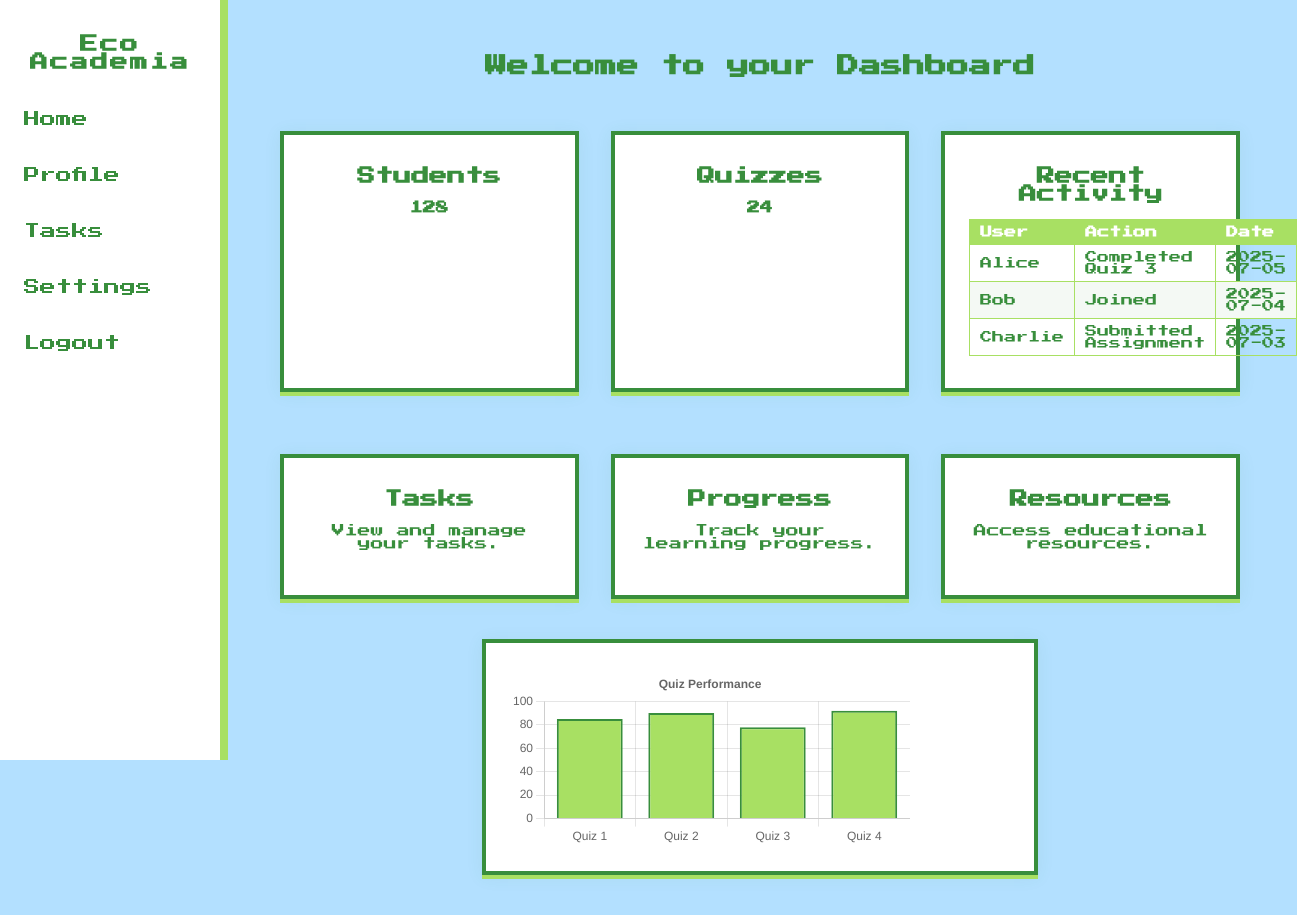
Repository: hotaruhshs/eco-academia
Page: admin/dashboard.html
An editor plug-in stored every save of this project. The page is shown before and after the next save, followed by the edit.
The browser window is 1280 px wide. The page is 1297 px wide, so the pictures cover 1297 px, including what lies to the right of the window. The pictures show the whole page.

Above is the page before, as saved 2025-07-06 01:48:20.

After the next save:
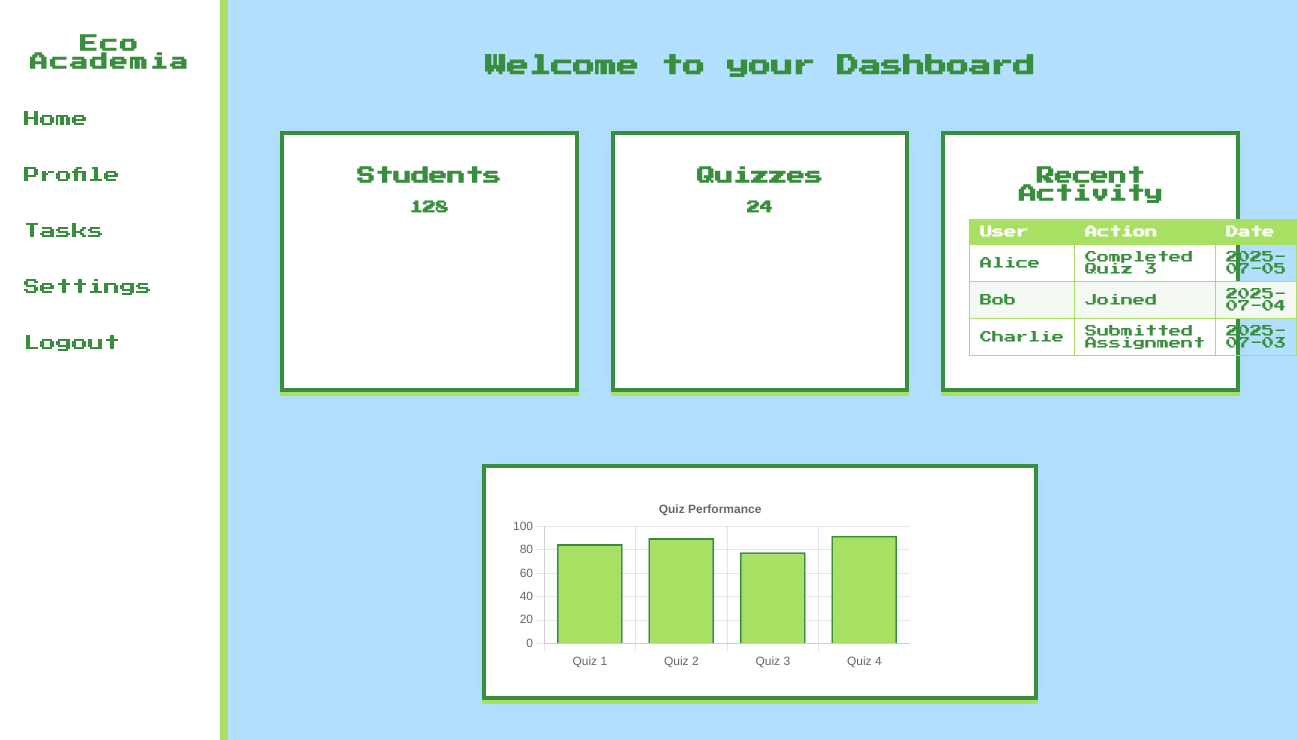
Saved 69 s later.
--- a/admin/dashboard.html
+++ b/admin/dashboard.html
@@ -72,20 +72,6 @@
           </table>
         </div>
       </div>
-      <div class="cards">
-        <div class="card">
-          <h3>Tasks</h3>
-          <p>View and manage your tasks.</p>
-        </div>
-        <div class="card">
-          <h3>Progress</h3>
-          <p>Track your learning progress.</p>
-        </div>
-        <div class="card">
-          <h3>Resources</h3>
-          <p>Access educational resources.</p>
-        </div>
-      </div>
       <div class="charts-section">
         <canvas id="progressChart" width="400" height="180"></canvas>
       </div>
